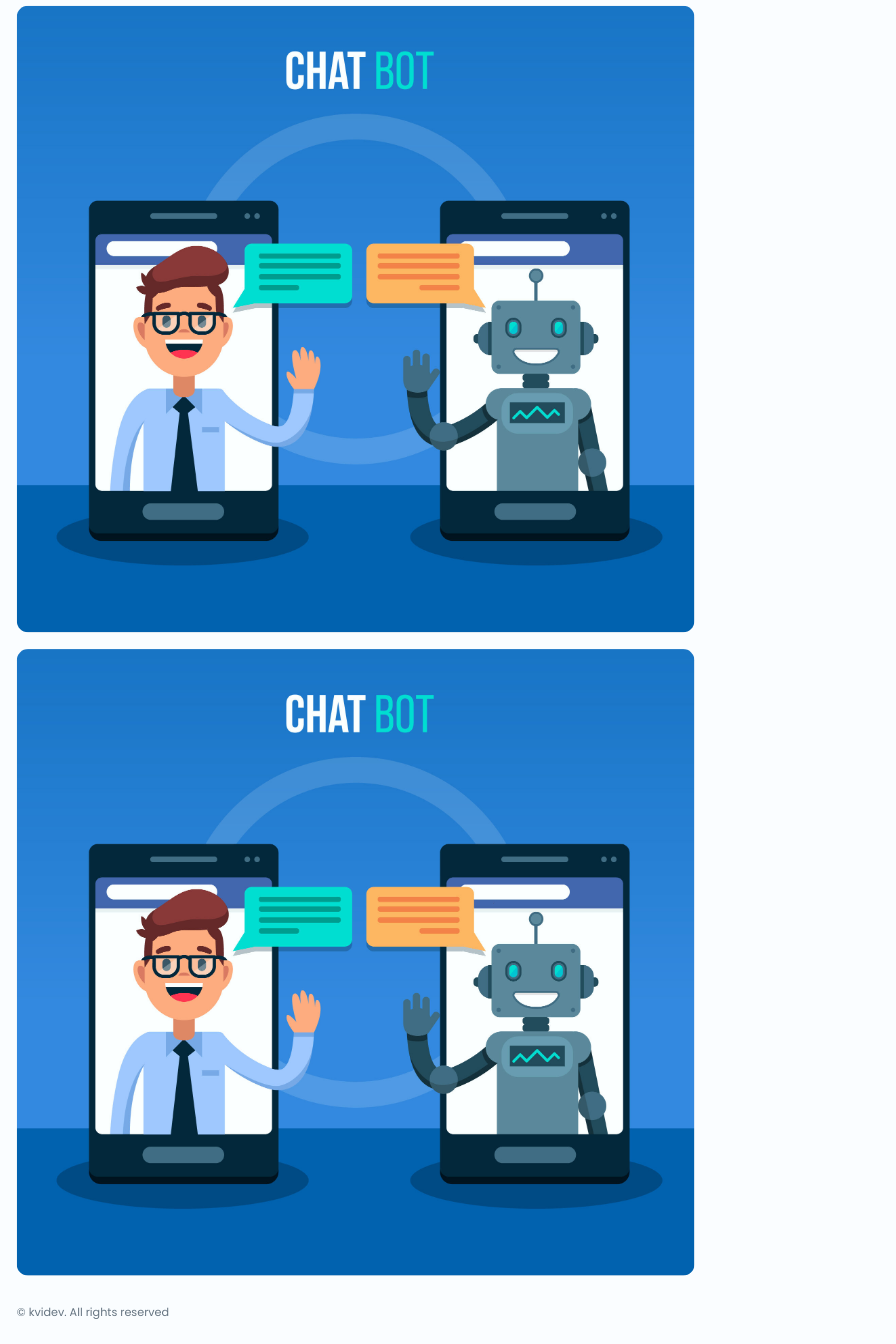
Repository: Kaii-Dev/Porfolio
Page: index.html
The author's editor kept a copy of each file at every save. The page is drawn from the files as they stood at one save, then again after a run of saves.
The browser window is 1280 px wide. The pictures show the part of the page from y = 2435 to 4355 px (the page is 4355 px tall before and 4350 px after), at 70% of full size.
A picture or video elsewhere on the page could not be fetched, so the positions and the page height are approximate. Some web libraries are served in a nearby version.

Above is the page before, as saved 2022-04-12 17:48:39.

### index.html
<!DOCTYPE html>
<html lang="en">
  <head>
    <meta charset="UTF-8" />
    <meta http-equiv="X-UA-Compatible" content="IE=edge" />
    <meta name="viewport" content="width=device-width, initial-scale=1.0" />
    <title>Portfolio</title>
    <link
      href="https://cdn.jsdelivr.net/npm/remixicon@2.2.0/fonts/remixicon.css"
      rel="stylesheet"
    />
    <link rel="stylesheet" href="./Assets/css/app.css" />
  </head>
  <body>
    <!-- HEADER PROFILE -->
    <header class="profile container">
      <div class="profile__container grid">
        <div class="profile__data">
          <div class="profile__border">
            <div class="profile__perfil">
              <img src="./Assets/img/perfil.jpeg" alt="" />
            </div>
          </div>

          <h2 class="profile__name">Khai Le</h2>
          <h3 class="profile__profession">Front-End Developer</h3>
          <ul class="profile__social">
            <a
              href="https://www.linkedin.com/in/le-khai-68b2921b0/"
              target="_blank"
              class="profile__social-link"
            >
              <i class="ri-linkedin-box-line"></i>
            </a>
            <a
              href="https://www.facebook.com/lkakaizy"
              target="_blank"
              class="profile__social-link"
            >
              <i class="ri-facebook-circle-line"></i>
            </a>
            <a
              href="https://github.com/Kaii-Dev"
              target="_blank"
              class="profile__social-link"
            >
              <i class="ri-github-line"></i>
            </a>
          </ul>
        </div>
        <div class="profile__info grid">
          <div class="profile__info group">
            <h3 class="profile__info-number">2</h3>
            <p class="profile__info-description">
              Language <br />
              certification
            </p>
          </div>
          <div class="profile__info group">
            <h3 class="profile__info-number">+10</h3>
            <p class="profile__info-description">
              Completed <br />
              projects
            </p>
          </div>
          <div class="profile__info group">
            <h3 class="profile__info-number">1</h3>
            <p class="profile__info-description">
              University's <br />
              scholarship
            </p>
          </div>
        </div>

        <div class="profile__buttons">
          <!-- insert cv -->
          <a download="" href="./Assets/pdf/" class="button">
            Download CV <i class="ri-download-line"></i>
          </a>

          <div class="profile__buttons-small">
            <!-- insert phone number -->
            <a
              href="tel: 0842454228"
              target="_blank"
              class="button button__small button__gray"
            >
              <i class="ri-phone-line"></i>
            </a>
            <a
              href="https://m.me/lkakaizy"
              target="_blank"
              class="button button__small button__gray"
            >
              <i class="ri-messenger-line"></i>
            </a>
          </div>
        </div>
      </div>
    </header>
    <!-- MAIN -->
    <main class="main">
      <section class="filters container">
        <!-- FILTERS TABS -->
        <ul class="filters__content">
          <button class="filters__button filter-tab-active" data-target="#projects">
            Projects
          </button>
          <button class="filters__button" data-target="#skills">Skills</button>
        </ul>
        <div class="filters__sections">
          <!-- PROJECTS -->
          <div
            class="projects__content grid filters__active"
            data-content
            id="projects"
          >
            <article class="projects__card">
              <img src="./Assets/img/pic1.jpeg" alt="" class="projects__img" />
              <div class="projects__modal">
                <div class="">
                  <span class="projects__subtitle">Web</span>
                  <h3 class="projects__title">Music Player</h3>
                  <a
                    href="https://kaii-dev.github.io/Music-player/"
                    class="projects__button button button__small"
                  >
                    <i class="ri-link"></i>
                  </a>
                </div>
              </div>
            </article>

            <article class="projects__card">
              <img src="./Assets/img/pic1.jpeg" alt="" class="projects__img" />
              <div class="projects__modal">
                <div class="">
                  <span class="projects__subtitle">Web</span>
                  <h3 class="projects__title">Covid ChatBot</h3>
                  <a
                    href="https://kaii-dev.github.io/Covid-ChatBot/"
                    class="projects__button button button__small"
                  >
                    <i class="ri-link"></i>
                  </a>
                </div>
              </div>
            </article>
            <article class="projects__card">
              <img src="./Assets/img/pic1.jpeg" alt="" class="projects__img" />
              <div class="projects__modal">
                <div class="">
                  <span class="projects__subtitle">Web</span>
                  <h3 class="projects__title">To do list</h3>
                  <a
                    href="https://kaii-dev.github.io/TO-DO-LIST/"
                    class="projects__button button button__small"
                  >
                    <i class="ri-link"></i>
                  </a>
                </div>
              </div>
            </article>

            <article class="projects__card">
              <img src="./Assets/img/pic1.jpeg" alt="" class="projects__img" />
              <div class="projects__modal">
                <div class="">
                  <span class="projects__subtitle">Web</span>
                  <h3 class="projects__title">Assets Management</h3>
                  <a href="" class="projects__button button button__small">
                    <i class="ri-link"></i>
                  </a>
                </div>
              </div>
            </article>
          </div>
          <!-- SKILLS -->
          <div class="skills__content grid" data-content id="skills">
            <div class="skills__area">
              <h3 class="skills__title">Frontend Developer</h3>

              <div class="skills__box">
                <div class="skills__group">
                  <div class="skills__data">
                    <i class="ri-checkbox-circle-line"></i>

                    <div>
                      <h3 class="skills__name">HTML</h3>
                      <span class="skills__level"></span>
                    </div>
                  </div>

                  <div class="skills__data">
                    <i class="ri-checkbox-circle-line"></i>

                    <div>
                      <h3 class="skills__name">CSS</h3>
                      <span class="skills__level"></span>
                    </div>
                  </div>

                  <div class="skills__data">
                    <i class="ri-checkbox-circle-line"></i>

                    <div>
                      <h3 class="skills__name">JavaScript</h3>
                      <span class="skills__level"></span>
                    </div>
                  </div>
                </div>

                <div class="skills__group">
                  <div class="skills__data">
                    <i class="ri-checkbox-circle-line"></i>

                    <div>
                      <h3 class="skills__name">React</h3>
                      <span class="skills__level"></span>
                    </div>
                  </div>

                  <div class="skills__data">
                    <i class="ri-checkbox-circle-line"></i>

                    <div>
                      <h3 class="skills__name">Bootstrap</h3>
                      <span class="skills__level"></span>
                    </div>
                  </div>

                  <div class="skills__data">
                    <i class="ri-checkbox-circle-line"></i>

                    <div>
                      <h3 class="skills__name">Git</h3>
                      <span class="skills__level"></span>
                    </div>
                  </div>
                </div>
              </div>
            </div>

            <div class="skills__area">
              <h3 class="skills__title">Backend Developer</h3>

              <div class="skills__box">
                <div class="skills__group">
                  <div class="skills__data">
                    <i class="ri-checkbox-circle-line"></i>

                    <div>
                      <h3 class="skills__name">PHP</h3>
                      <span class="skills__level"></span>
                    </div>
                  </div>

                  <div class="skills__data">
                    <i class="ri-checkbox-circle-line"></i>

                    <div>
                      <h3 class="skills__name">MySQL</h3>
                      <span class="skills__level"></span>
                    </div>
                  </div>
                </div>

                <div class="skills__group">
                  <div class="skills__data">
                    <i class="ri-checkbox-circle-line"></i>

                    <div>
                      <h3 class="skills__name">C#</h3>
                      <span class="skills__level"></span>
                    </div>
                  </div>

                  <div class="skills__data">
                    <i class="ri-checkbox-circle-line"></i>

                    <div>
                      <h3 class="skills__name">Node Js</h3>
                      <span class="skills__level"></span>
                    </div>
                  </div>
                </div>
              </div>
            </div>
          </div>
        </div>
      </section>
    </main>
    <!-- FOOTER -->
    <footer class="footer container">
       <span class="footer__copy">
          &#169; kvidev. All rights reserved
       </span>
    </footer>
    <!-- SCROLL REVEAL -->
    <script src="./Assets/js/app.js"></script>
  </body>
</html>

### Assets/css/app.css
/* GOOGLE FONT */
@import url("https://fonts.googleapis.com/css2?family=Poppins:wght@400;500;600&display=swap");
/* VAR CSS */
:root {
  --hue: 207;
  --sat: 90%;
  --lig: 61%;

  --first-color: hsl(var(--hue), var(--sat), var(--lig));
  --first-color-alt: hsl(var(--hue), var(--sat), 57%);
  --title-color: hsl(var(--hue), 12%, 15%);
  --text-color: hsl(var(--hue), 12%, 45%);
  --text-color-light: hsl(var(--hue), 8%, 75%);
  --text-color-lighten: hsl(var(--hue), 8%, 92%);
  --body-color: hsl(var(--hue), 100%, 99%);
  --container-color: #fff;
  /* font and typography */
  --body-font: "Poppins", sans-serif;
  --h2-font-size: 1.25rem;
  --h3-font-size: 1rem;
  --normal-font-size: 0.938rem;
  --small-font-size: 0.813rem;
  --smaller-font-size: 0.75rem;
}

/* responsive  */
@media screen and (min-width: 986px) {
  :root {
    --h2-font-size: 1.5rem;
    --h3-font-size: 1.25rem;
    --normal-font-size: 1rem;
    --small-font-size: 0.875rem;
    --smaller-font-size: 0.813rem;
  }
}
/*  CSS */
*,
*::before,
*::after {
  box-sizing: border-box;
}
* {
  margin: 0;
}

* {
  box-sizing: border-box;
  padding: 0;
  margin: 0;
}

body {
  font-family: var(--body-font);
  font-size: var(--normal-font-size);
  background-color: var(--body-color);
  color: var(--text-color);
  transition: 0.3s; /* For animation dark mode */
}

h1,
h2,
h3 {
  color: var(--title-color);
  font-weight: 600;
}

ul {
  list-style: none;
}

a {
  text-decoration: none;
}

img {
  max-width: 100%;
  height: auto;
}

/* REUSEBALE CSS */

.container {
  max-width: 968px;
  margin-left: 1.5rem;
  margin-right: 1.5rem;
}
.grid {
  display: grid;
  gap: 1.5rem;
}

/* PROFILE */
.profile {
  position: relative;
  padding-top: 3.5rem;
}

.profile__container {
  row-gap: 2rem;
}

.profile__data {
  display: grid;
  text-align: center;
}

.profile__perfil {
  width: 100px;
  height: 100px;
  background: linear-gradient(
    180deg,
    hsla(var(--hue), var(--sat), var(--lig), 1) 0%,
    hsla(var(--hue), var(--sat), var(--lig), 0.2) 100%
  );
  border-radius: 50%;
  overflow: hidden;
  display: flex;
  align-items: flex-end;
  justify-content: center;
}

.profile__perfil img {
  width: 75px;
}

.profile__border {
  border: 3.5px solid var(--first-color);
  justify-self: center;
  border-radius: 50%;
  display: grid;
  place-items: center;
  margin-bottom: 0.75rem;
}

.profile__name {
  font-size: var(--h2-font-size);
}
.profile__profession {
  font-size: var(--smaller-font-size);
  font-weight: 500;
  color: var(--text-color);
  margin-bottom: 1rem;
}

.profile__social {
  display: flex;
  justify-content: center;
  column-gap: 0.75rem;
  padding: 0 0 0 0px;
}

.profile__social-link {
  font-size: 1.25rem;
  color: var(--title-color);
  transition: 0.3s;
}
.profile__social-link:hover {
  color: var(--first-color);
}

.profile__info {
  grid-template-columns: repeat(3, max-content);
  justify-content: center;
  column-gap: 2.5rem;
}

.profile__info-group {
  font-size: var(--normal-font-size);
  margin-bottom: 0.25rem;
}

.profile__info-description {
  font-size: var(--smaller-font-size);
  font-weight: 500;
}
.profile__buttons,
.profile__buttons-small {
  display: flex;
  align-items: center;
  justify-content: center;
}

.profile__buttons {
  column-gap: 1rem;
}
.profile__buttons-small {
  column-gap: 0.25rem;
}
/* BUTTONS */

.button {
  display: inline-flex;
  align-items: center;
  column-gap: 0.5rem;
  background-color: var(--first-color);
  color: #fff;
  padding: 1.15rem 1.5rem;
  border-radius: 0.5rem;
  transition: 0.3s;
  box-shadow: 0 8px 24px hsla(var(--hue), var(--sat), var(--lig), 0.25);
}

.button:hover {
  background-color: var(--first-color-alt);
}

.button__small {
  padding: 0.75rem;
  box-shadow: none;
}

.button__gray {
  background-color: var(--text-color-lighten);
  color: var(--title-color);
}

.button__gray:hover {
  background-color: var(--text-color-ligh);
  color: var(--title-color);
}

/* FILTERS TABS */
.filters__content {
  margin: 2rem 0 2.5rem;
  background-color: var(--text-color-lighten);
  padding: 0.375rem;
  border-radius: 0.75rem;
  display: flex;
  justify-content: space-between;
  column-gap: 0.5rem;
}

.filters__button {
  width: 100%;
  border: none;
  outline: none;
  padding: 1rem;
  color: var(--title-color);
  font-family: var(--body-font);
  font-weight: 500;
  border-radius: 0.75rem;
  cursor: pointer;
  background-color: transparent;
  transition: 0.3s;
}

.filters__button:hover {
  background-color: var(--body-color);
}

/* PROJECTS  */
.projects__card {
  position: relative;
  border-radius: 1rem;
  overflow: hidden;
}

.projects__card img {
  width: 100%;
  height: 100%;
}

.projects__modal {
  position: absolute;
  width: 100%;
  height: 100%;
  bottom: -100%;
  left: 0;
  background: linear-gradient(
    180deg,
    hsla(var(--hue), 24%, 40%, 0.3) 0%,
    hsla(var(--hue), 24%, 4%, 1) 95%
  );
  display: grid;
  align-items: flex-end;
  padding: 1.5rem 1.25rem;
  transition: 0.3s;
}

.projects__subtitle,
.projects__title {
  color: #fff;
}

.projects__subtitle {
  font-size: var(--smaller-font-size);
}

.projects__title {
  font-size: var(--h3-font-size);
  margin-bottom: 0.75rem;
}

.projects__button {
  padding: 0.5rem;
}

.projects__card:hover .projects__modal {
  bottom: 0;
}

/* SKILLS */

.skills__content {
  row-gap: 3.5rem;
}

.skills__title {
  font-size: var(--h3-font-size);
  text-align: center;
  margin-bottom: 1.5rem;
}

.skills__box {
  display: flex;
  justify-content: center;
  column-gap: 3rem;
}

.skills__group {
  display: grid;
  align-content: flex-start;
  row-gap: 1rem;
}

.skills__data {
  display: flex;
  column-gap: 0.5rem;
}

.skills__data i {
  font-size: 1rem;
  color: var(--first-color);
}

.skills__name {
  font-size: var(--normal-font-size);
  font-weight: 500;
  line-height: 18px;
}

/* hide an show project skill */
.filters [data-content] {
  display: none;
}
.filters__active[data-content] {
  display: grid;
}

.filter-tab-active {
  background-color: var(--body-color);
}


/* FOOTER */
.footer__copy{
   display: block;
   margin: 2.5rem 0 2rem;
   te
}

### Assets/js/app.js
/*=============== FILTERS TABS ===============*/
const tabs = document.querySelectorAll("[data-target]"),
  tabContents = document.querySelectorAll("[data-content]");

tabs.forEach((tab) => {
  tab.addEventListener("click", () => {
    const target = document.querySelector(tab.dataset.target);

    tabContents.forEach((tc) => {
      tc.classList.remove("filters__active");
    });
    target.classList.add("filters__active");

    tabs.forEach((t) => {
      t.classList.remove("filter-tab-active");
    });
    tab.classList.add("filter-tab-active");
  });
});

After the next 5 saves:
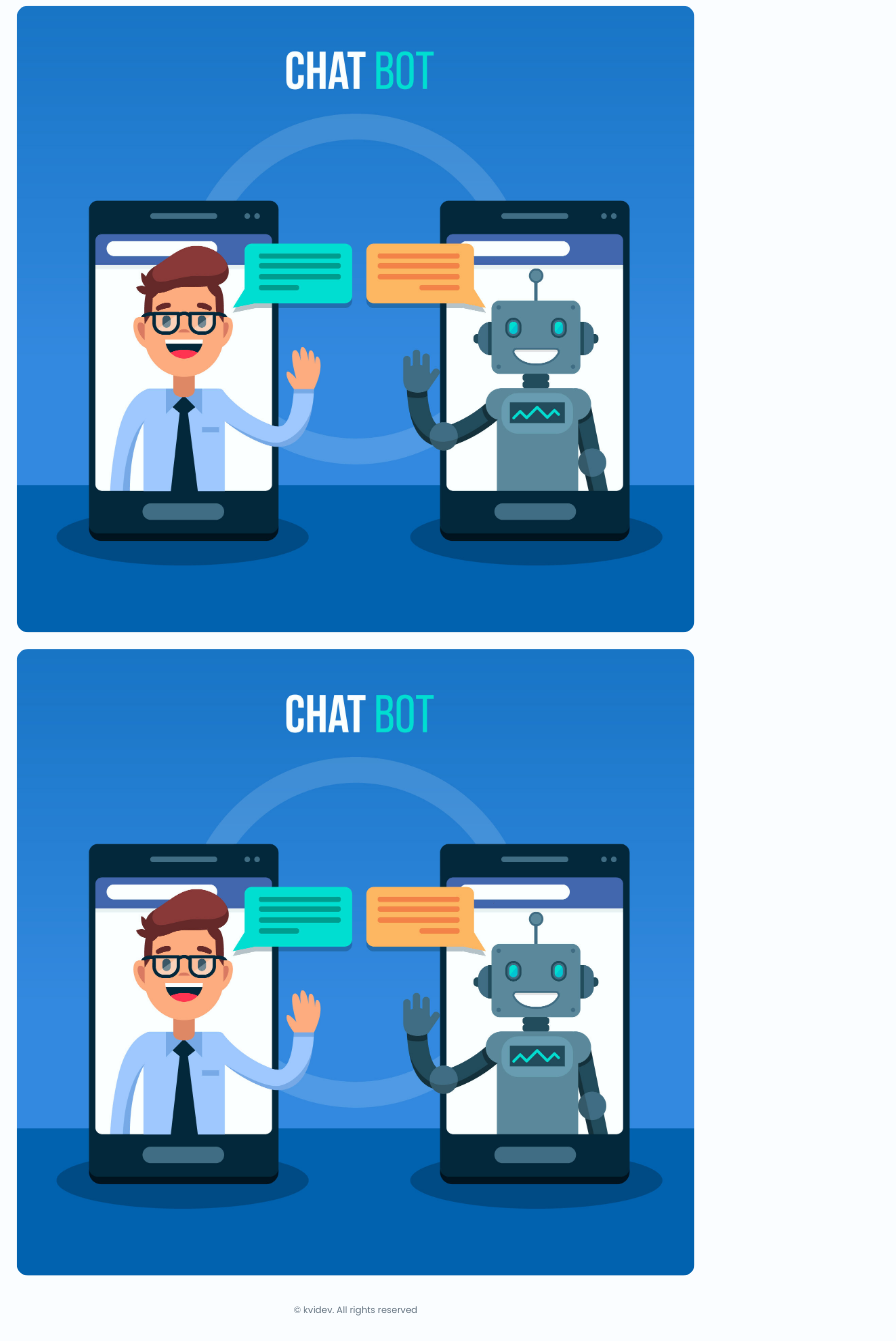
The 5 saves are shown as one change because they came seconds apart.
The last was saved 13 s later.
--- a/Assets/css/app.css
+++ b/Assets/css/app.css
@@ -356,5 +356,7 @@ img {
 .footer__copy{
    display: block;
    margin: 2.5rem 0 2rem;
-   te
-}
+   text-align: center;
+   font-size: var(--smaller-font-size);
+   color: text;
+}
